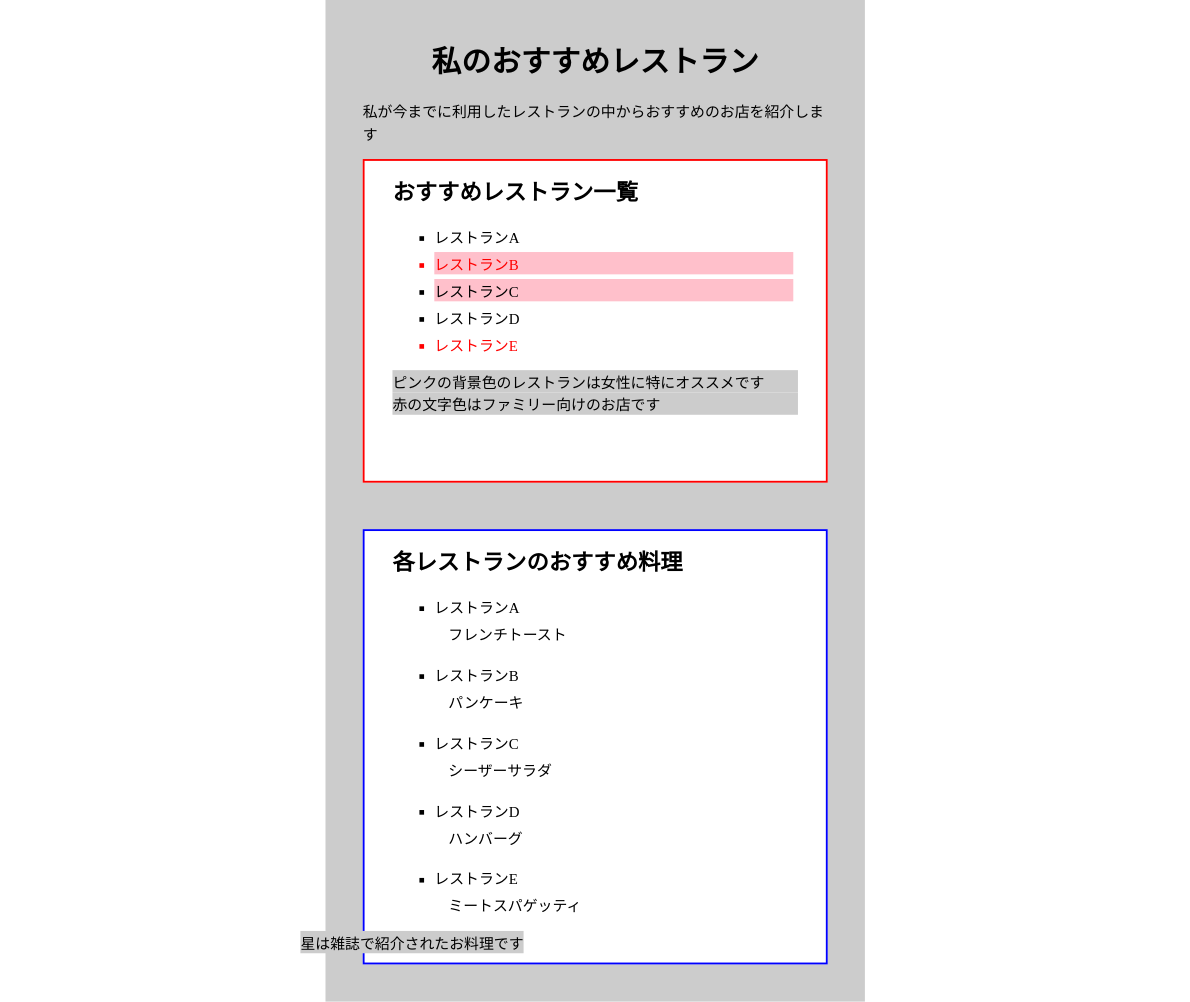
Repository: tsubasa2/restaurant
Page: 2021.2.html
The author's editor kept a record of every edit. The page is drawn from the files as they stood at one moment, then again after the next edit.
The browser window is 1280 px wide. The pictures show the whole page, at 93% of full size.

Above is the page before.

### 2021.2.html
<!DOCTYPE html>
<html lang="ja">
    <head>
        <meta charset="UTF-8">
        <title>私のおすすめレストラン</title>
        <link rel="stylesheet" href="style.css">
    </head>
    <body>
        <div id="wrapper">
            <h1>私のおすすめレストラン</h1>
            <p>私が今までに利用したレストランの中からおすすめのお店を紹介します</p>
            <div id="restraunt-list">
                <h2>おすすめレストラン一覧</h2>
                <ul>
                    <li>レストランA</li>
                    <li class="red bg-pink">レストランB</li>
                    <li class="bg-pink">レストランC</li>
                    <li>レストランD</li>
                    <li class="red">レストランE</li>
                </ul>
                <div id="layout">
                    <p id="layout1">ピンクの背景色のレストランは女性に特にオススメです</p>
                    <p id="layout2">赤の文字色はファミリー向けのお店です</p>
                </div>
            </div>
            <div id="food-list">
                <h2>各レストランのおすすめ料理</h2>
                <div id="food">
                <ul>
                    <li>レストランA</li>
                    <p id="food1">フレンチトースト</p>
                    <li>レストランB</li>
                    <p id="food2">パンケーキ</p>
                    <li>レストランC</li>
                    <p id="food3">シーザーサラダ</p>
                    <li>レストランD</li>
                    <p id="food4">ハンバーグ</p>
                    <li>レストランE</li>
                    <p id="food5">ミートスパゲッティ</p>
                </ul>
                </div>
            </div>
            <div id="sentence">
                <p id="sentence">星は雑誌で紹介されたお料理です</p>
            </div>
        </div>
    </body>
</html>

### style.css
@charset "utf-8";
body {
    /*background-color: black;*/
    height: 100vh;
    margin: 0;
}

div#wrapper {
    background-color: #ccc;
    width: 500px;
    margin: 0 auto;
    padding: 40px;
}

h1 {
    margin-top: 0px;
    text-align: center;
}

div#restraunt-list {
    border: solid 2px red;
    height: 300px;
    background-color: white;
    padding: 30px;
    padding-top: 14px;
}

h2 {
    margin-top: 0;
}

ul {
    list-style-type: square;
}

.red{
    color: red;
}
.bg-pink{
    background-color: pink;
}

li {
    margin: 5px;
}
p#layout1 {
    margin: 0;
    background-color: #ccc;
}


p#layout2 {
    margin: 0;
    background-color: #ccc;
}

div#food-list {
    margin-top: 50px;
    border: solid 2px blue;
    background-color: white;
    padding: 30px;
    padding-top: 14px;
}

p#food1 {
    margin: 0px;
    margin-bottom: 20px;
    position: relative;
    left: 20px;
}

p#food2 {
    margin: 0px;
    margin-bottom: 20px;
    position: relative;
    left: 20px;
}

p#food3 {
    margin: 0px;
    margin-bottom: 20px;
    position: relative;
    left: 20px;
}

p#food4 {
    margin: 0px;
    margin-bottom: 20px;
    position: relative;
    left: 20px;
}

p#food5 {
    margin: 0px;
    margin-bottom: 20px;
    position: relative;
    left: 20px;
}


p#sentence {
    background-color: #ccc;
    position: absolute;
    left: 323px;
    top: 985px;
}

After the next edit:
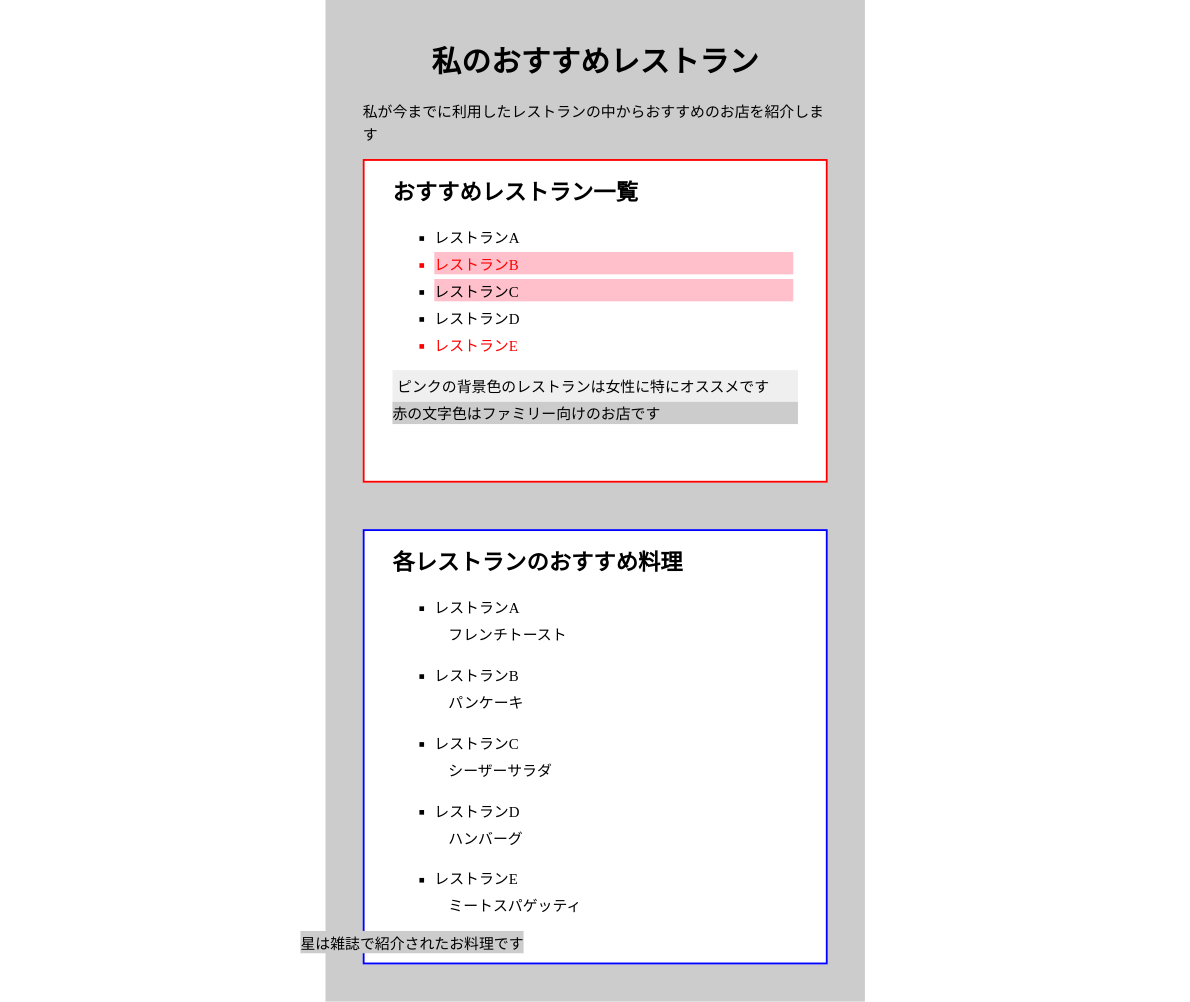
The edit:
--- a/style.css
+++ b/style.css
@@ -45,7 +45,8 @@
 }
 p#layout1 {
     margin: 0;
-    background-color: #ccc;
+    background-color: #cccccc4f;
+    padding: 5px;
 }
 
 
